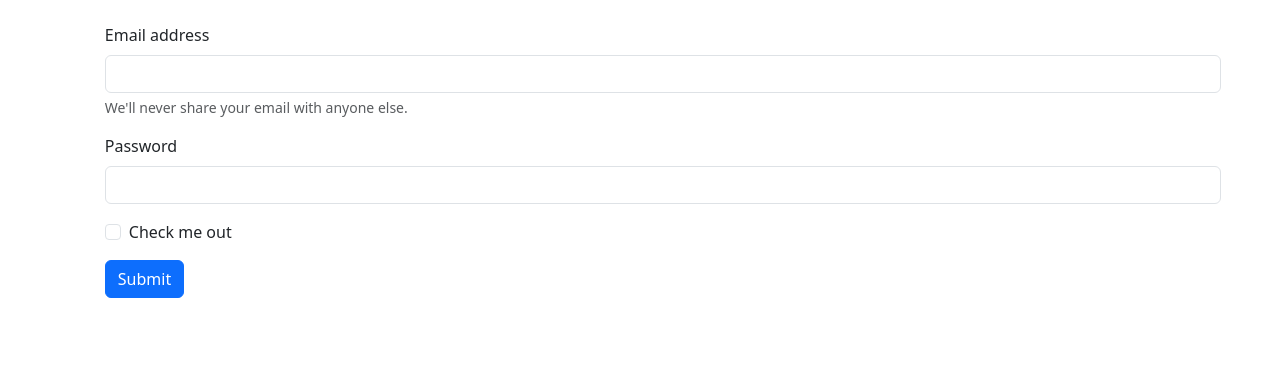
Repository: lemoueno/programme_dev_fullstack
Page: bootstrap/form/form.html
These files come from the project's save history. The page is drawn as it stood at one moment and after the next save; the edit follows.
The browser window is 1280 px wide. The pictures show the whole page.

Above is the page before, as saved 2023-12-03 16:58:57.

After the next save:
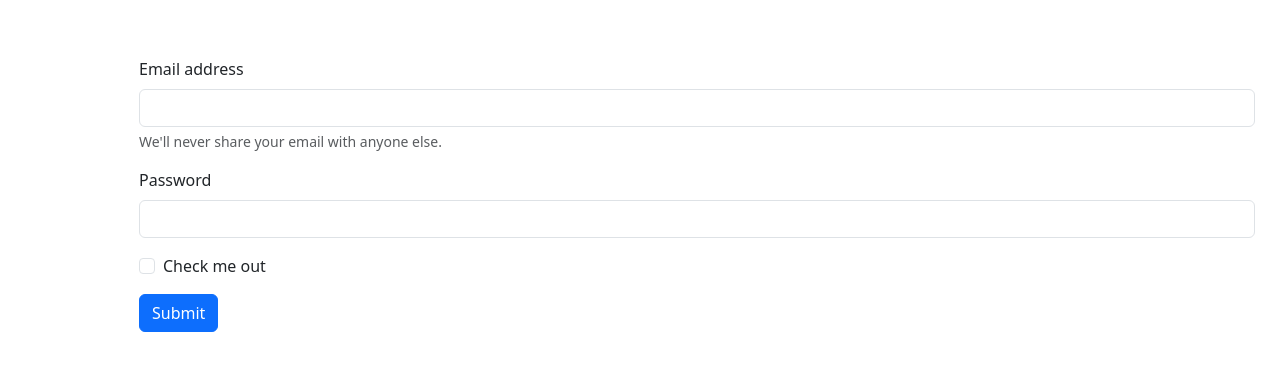
Saved 29 s later.
--- a/bootstrap/form/form.html
+++ b/bootstrap/form/form.html
@@ -9,7 +9,7 @@
 <body>
     <div class="container">
         <div class="row">
-            <form style="margin:2%;">
+            <form style="margin:5%;">
                 <div class="mb-3">
                   <label for="exampleInputEmail1" class="form-label">Email address</label>
                   <input type="email" class="form-control" id="exampleInputEmail1" aria-describedby="emailHelp">
